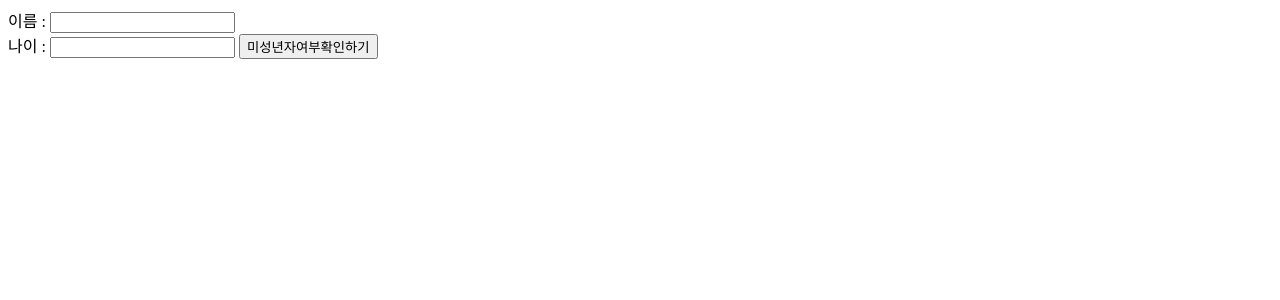
Repository: sun2898/JSP
Page: http://localhost/JSPBasic/response/res_ex01.jsp
These files come from the project's save history. The page is drawn as it stood at one moment and after the next save; the edit follows.
The browser window is 1280 px wide. The pictures show the whole page.
The page is served by Tomcat 9. Nobody is signed in. The application's start-up code is not run.

Above is the page before, as saved 2023-06-02 05:42:23.

After the next save:
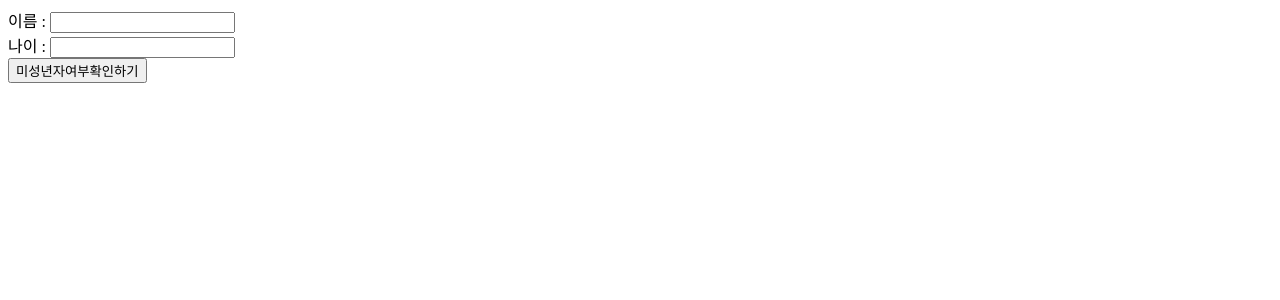
Saved 5 s later.
--- a/JSPBasic/src/main/webapp/response/res_ex01.jsp
+++ b/JSPBasic/src/main/webapp/response/res_ex01.jsp
@@ -10,7 +10,7 @@
 
 	<form action = "res_ex01_result.jsp" method = "post">
 		이름 : <input type = "text" name = "name" /><br/>
-		나이 : <input type = "number" name = "age" />
+		나이 : <input type = "number" name = "age" /><br/>
 
 		<input type = "submit" value = "미성년자여부확인하기"/>
 
